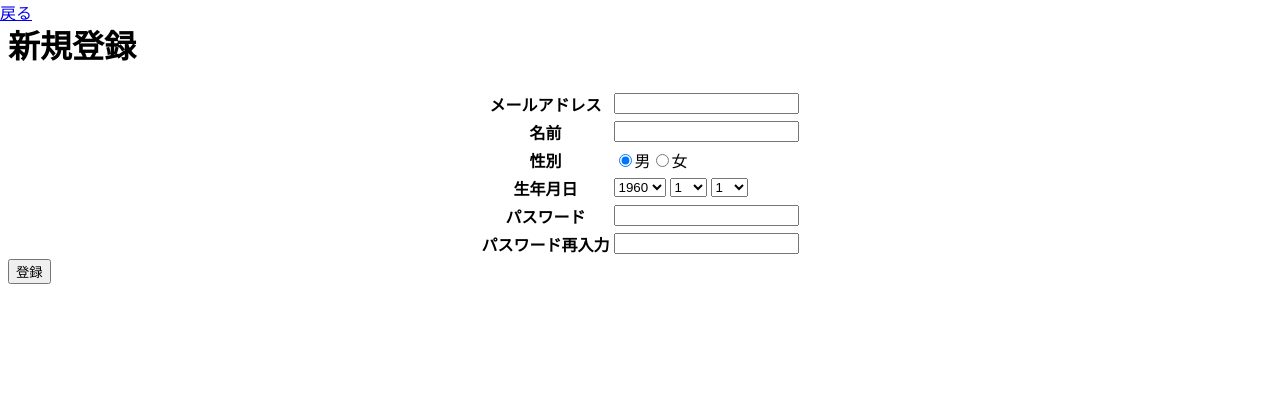
Repository: kawaguchi-mizuki/ntmc
Page: http://localhost/movie/adduser
The author's editor kept a copy of each file at every save. The page is drawn from the files as they stood at one save, then again after the next save.
The browser window is 1280 px wide. The pictures show the whole page.
The page is served by Tomcat 9. Other server files are loaded and not shown.

Above is the page before, as saved 2019-06-13 04:52:37.

### 開発/movie/movie/WebContent/WEB-INF/jsp/add_user.jsp
<%@ page language="java" contentType="text/html; charset=UTF-8"
	pageEncoding="UTF-8"%>
<!DOCTYPE html>
<html>
<head>
<meta charset="UTF-8">
<link rel="stylesheet" href="css/userResist.css" type="text/css">
<title>会員登録</title>
</head>
<body>
	<h1>新規登録</h1>
	<a href="login" class="btn-square-slant"
		style="position: absolute; left: 0px; top: 0px">戻る</a>
	<form action="user" method="POST">
		<table align="center">
			<tr>
				<th>メールアドレス</th>
				<td><input type="text" name="mail"></td>
			</tr>
			<tr>
				<th>名前</th>
				<td><input type="text" name="name"></td>
			</tr>
			<tr>
				<th>性別</th>
				<td><input type="radio" name="sex" value="男" checked="checked">男<input type="radio"
					name="sex" value="女">女</td>
			</tr>
			<tr>
				<th>生年月日</th>
				<td><select name="year" id="year"> //1960 2019
				</select> <select name="month" id="month">
				</select> <select name="day" id="day">
				</select></td>
			</tr>
			<tr>
				<th>パスワード</th>
				<td><input type="password" name="password"></td>
			</tr>
			<tr>
				<th>パスワード再入力</th>
				<td><input type="password" name="r-password"></td>
			</tr>
		</table>
		<%
			String errflg = request.getParameter("errflg");
		%>
		<%
			if (errflg != null && errflg.equals("1")) {
		%>
		<p>空白があります！</p>
		<%
			} else if (errflg != null && errflg.equals("2")) {
		%>
		<p>パスワードは同じ文字をいれてください！</p>
		<%
			}
		%>
		<input type="submit" value="登録">

	</form>
</body>

<script>
	//optionタグ量産
	const year = document.getElementById('year')
	const month = document.getElementById('month')
	const day = document.getElementById('day')
	for (let i = 1960; i <= 2019; i++) {
		const optionTag = document.createElement("option")
		year.appendChild(optionTag)
		dispatchOption(optionTag, i)
	}
	for (let i = 1; i <= 12; i++) {
		const optionTag = document.createElement("option")
		month.appendChild(optionTag)
		dispatchOption(optionTag, i)
	}
	for (let i = 1; i < 31; i++) {
		const optionTag = document.createElement("option")
		day.appendChild(optionTag)
		dispatchOption(optionTag, i)
	}
	//optionタグにvalueと表示文字を付与
	function dispatchOption(option, value) {
		option.textContent = value
		option.value = value
	}
</script>


</body>
</html>

### 開発/movie/movie/src/movie/controller/AddUserStart.java
package movie.controller;

import java.io.IOException;

import javax.servlet.RequestDispatcher;
import javax.servlet.ServletException;
import javax.servlet.annotation.WebServlet;
import javax.servlet.http.HttpServlet;
import javax.servlet.http.HttpServletRequest;
import javax.servlet.http.HttpServletResponse;
@WebServlet("/adduser")
public class AddUserStart extends HttpServlet {

	@Override
	protected void doGet(HttpServletRequest request, HttpServletResponse respons) throws ServletException, IOException {
		// TODO 自動生成されたメソッド・スタブ
		RequestDispatcher dispatcher = request.getRequestDispatcher("WEB-INF/jsp/add_user.jsp");
		dispatcher.forward(request, respons);

	}


}

### 開発/movie/movie/WebContent/css/userResist.css
h1{
	text-align: center;
}
td{
	margin-bottom:10px;
}
table{
	font-size:25px;
}

/*ログインボタン*/
.btn-square {
  display: inline-block;
  padding: 0.5em 1em;
  text-decoration: none;
  background: #668ad8;/*ボタン色*/
  color: #FFF;
  border-bottom: solid 4px #627295;
  border-radius: 3px;
}
.btn-square:active {
  /*ボタンを押したとき*/
  -webkit-transform: translateY(4px);
  transform: translateY(4px);/*下に動く*/
  border-bottom: none;/*線を消す*/
}

/*新規登録ボタン*/
.btn-square-slant {
  display: inline-block;
  position: relative;
  padding: 0.5em 1.4em;
  text-decoration: none;
  background: #668ad8;/*ボタン色*/
  color: #FFF;
  border-bottom: solid 5px #36528c;/*ボタン色より暗めに*/
  border-right: solid 5px #5375bd;/*ボタン色より暗めに*/
}

.btn-square-slant:before {
  content: " ";
  position: absolute;
  bottom: -5px;
  left: -1px;
  width: 0;
  height: 0;
  border-width: 0 6px 6px 0px;
  border-style: solid;
  border-color: transparent;
  border-bottom-color: #FFF;
}
.btn-square-slant:after {
  content: " ";
  position: absolute;
  top: -1px;
  right: -5px;
  width: 0;
  height: 0;
  border-width: 0px 6px 6px 0px;
  border-style: solid;
  border-color: #FFF;
  border-bottom-color: transparent;
}

.btn-square-slant:active {
  /*ボタンを押したとき*/
  border:none;
  -webkit-transform: translate(6px,6px);
  transform: translate(6px,6px);
}

.btn-square-slant:active:after, .btn-square-slant:active:before {
  content: none;/*ボタンを押すと線が消える*/
}

After the next save:
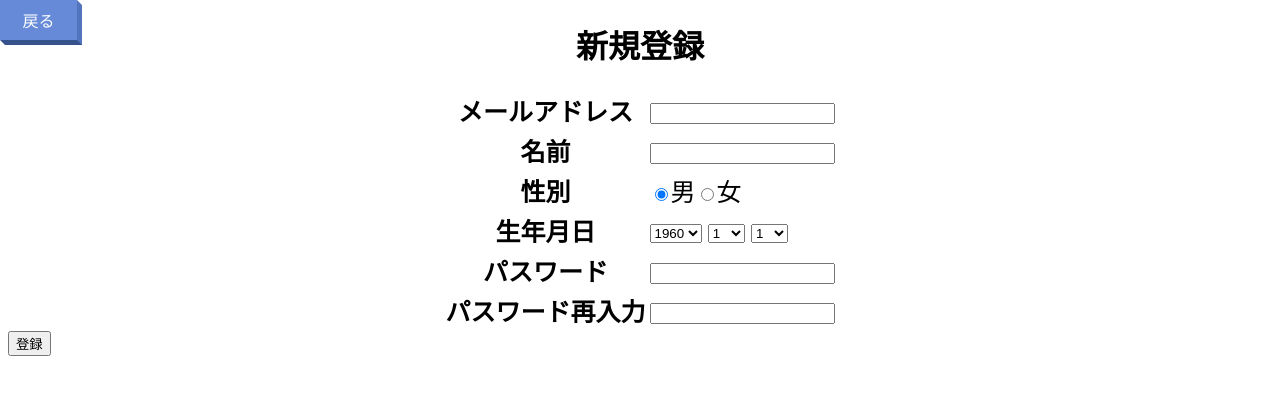
Saved 4 min 33 s later.
--- a/開発/movie/movie/WebContent/WEB-INF/jsp/add_user.jsp
+++ b/開発/movie/movie/WebContent/WEB-INF/jsp/add_user.jsp
@@ -4,7 +4,7 @@
 <html>
 <head>
 <meta charset="UTF-8">
-<link rel="stylesheet" href="css/userResist.css" type="text/css">
+<link rel="stylesheet" href="../css/userResist.css" type="text/css">
 <title>会員登録</title>
 </head>
 <body>

After the save that followed:
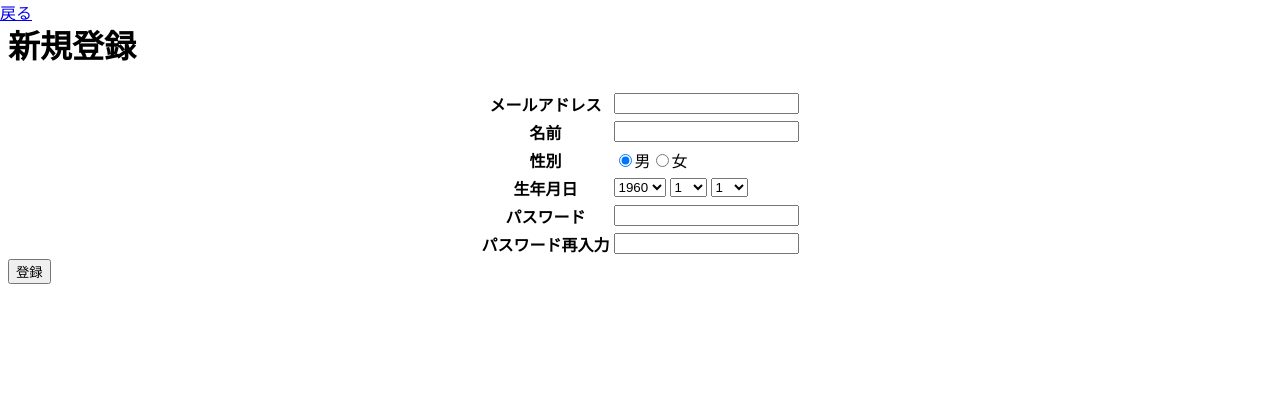
Saved 2 min 40 s later.
--- a/開発/movie/movie/WebContent/WEB-INF/jsp/add_user.jsp
+++ b/開発/movie/movie/WebContent/WEB-INF/jsp/add_user.jsp
@@ -4,7 +4,7 @@
 <html>
 <head>
 <meta charset="UTF-8">
-<link rel="stylesheet" href="../css/userResist.css" type="text/css">
+<link href="css/userResist.css" rel="stylesheet" type="text/css">
 <title>会員登録</title>
 </head>
 <body>
